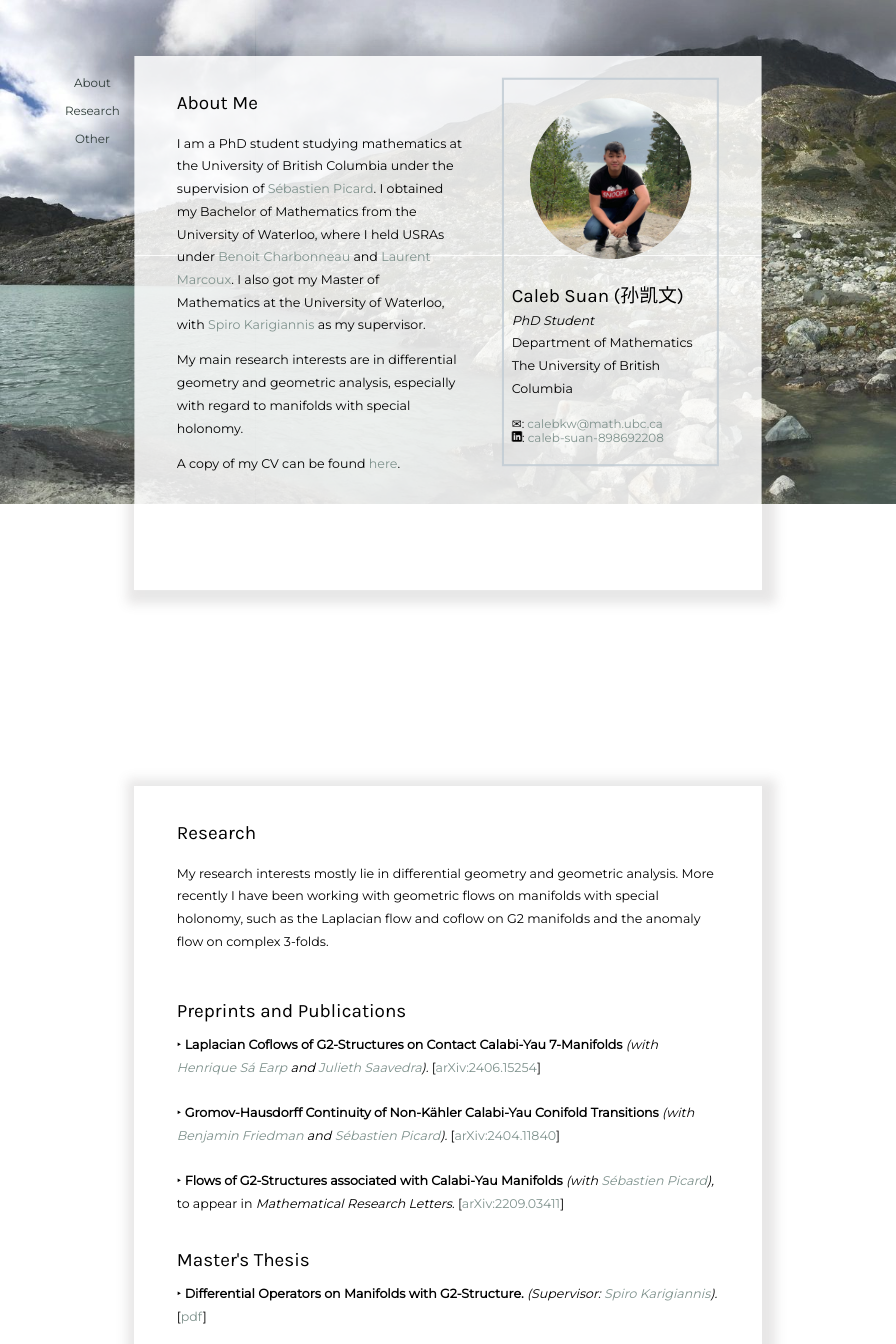
Repository: calebsuan/calebsuan.github.io
Page: index.html
The author's editor kept a copy of each file at every save. The page is drawn from the files as they stood at one save, then again after the next save.
The browser window is 1280 px wide. The pictures show the part of the page from y = 0 to 1920 px (the page is 4128 px tall), at 70% of full size.

Above is the page before, as saved 2024-06-30 02:02:30.

After the next save:
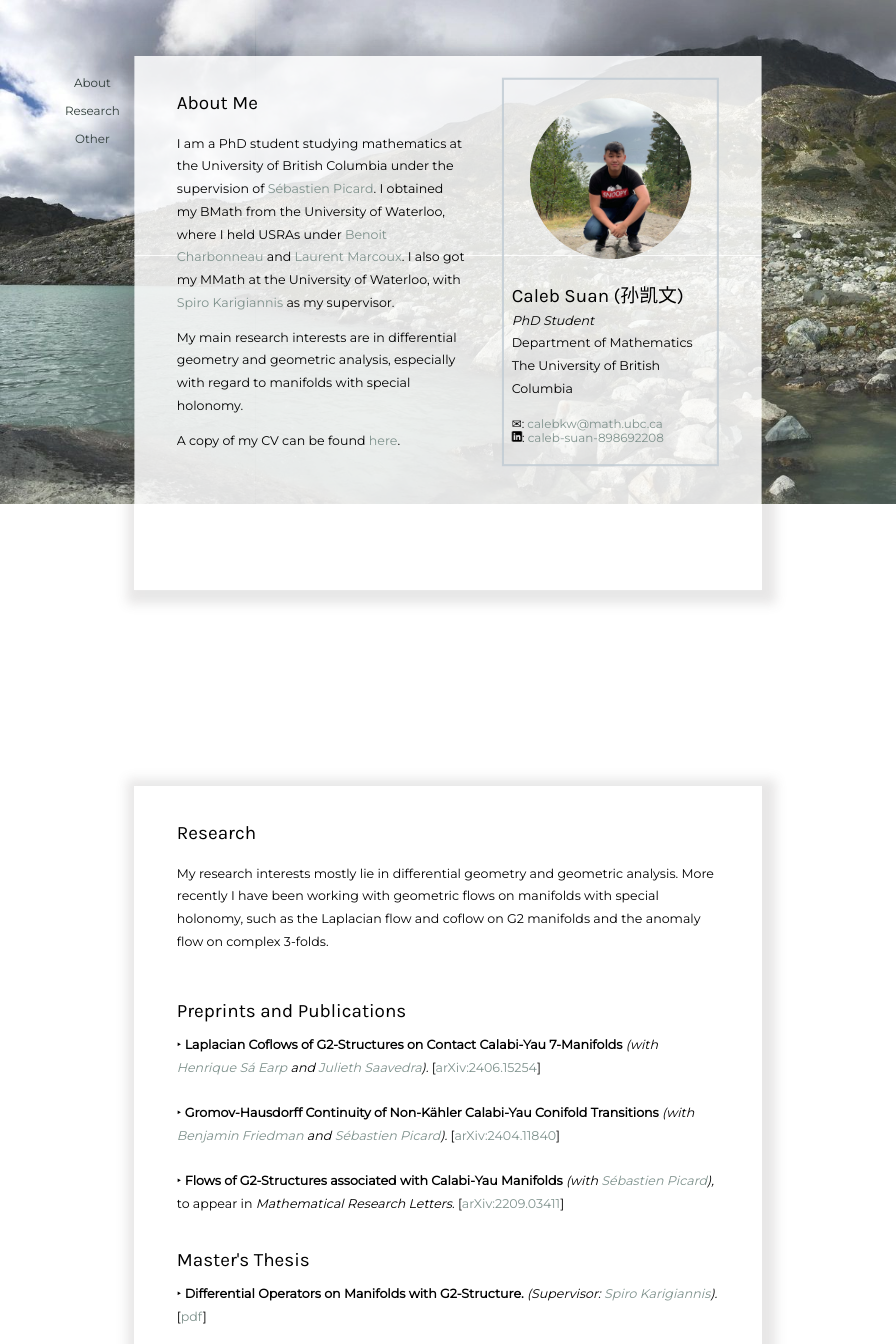
Saved 3 min 30 s later.
--- a/index.html
+++ b/index.html
@@ -120,10 +120,10 @@
 
                         I am a PhD student studying mathematics at the University of British Columbia under the supervision of
                         <a href="https://personal.math.ubc.ca/~spicard/" target="_blank">S&eacute;bastien Picard</a>.
-                        I obtained my Bachelor of Mathematics from the University of Waterloo, where I held USRAs under
+                        I obtained my BMath from the University of Waterloo, where I held USRAs under
                         <a href="http://www.math.uwaterloo.ca/~bcharbon/" target="_blank">Benoit Charbonneau</a> and
                         <a href="http://www.math.uwaterloo.ca/~lwmarcou/" target="_blank">Laurent Marcoux</a>.
-                        I also got my Master of Mathematics at the University of Waterloo, with
+                        I also got my MMath at the University of Waterloo, with
                         <a href="https://www.math.uwaterloo.ca/~karigian/index.html" target="_blank">Spiro Karigiannis</a> as my supervisor.
 
                     </p>
